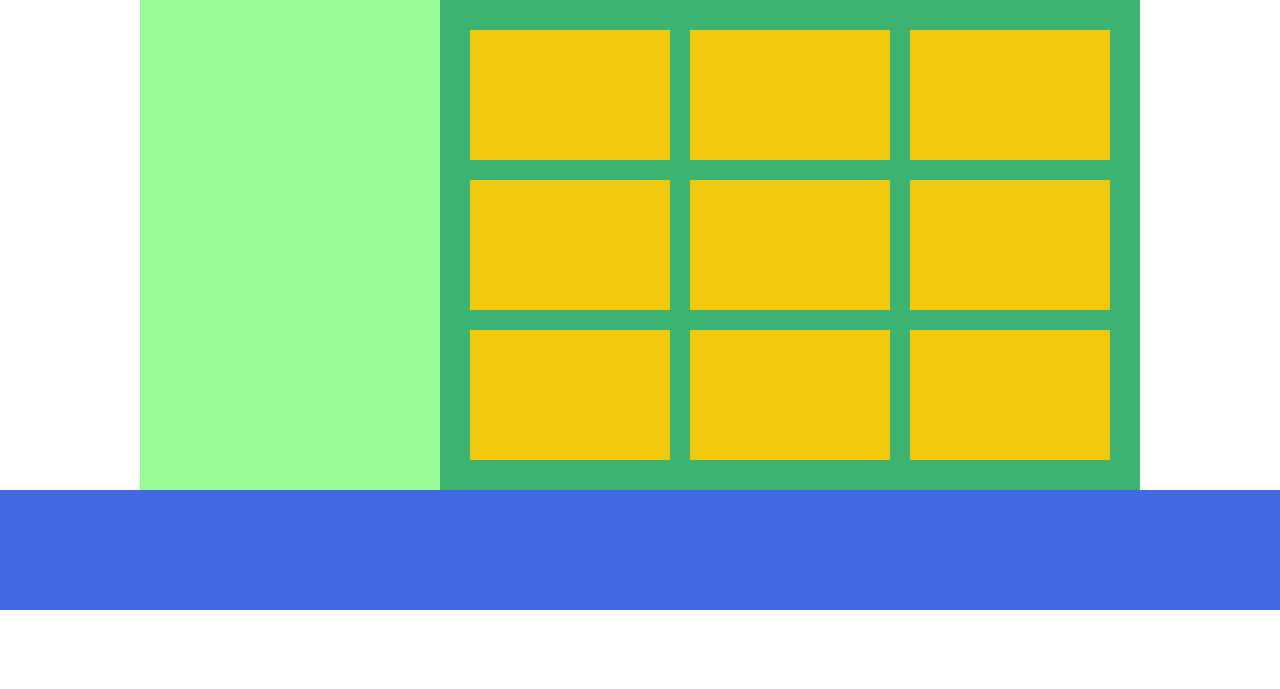
Repository: TsuKou/MainContents
Page: flex1/flex1.html
The author's editor kept a record of every edit. The page is drawn from the files as they stood at one moment, then again after the next edit.
The browser window is 1280 px wide. The pictures show the whole page.

Above is the page before.

### flex1/flex1.html
<!DOCTYPE>
<html lang="ja">

  <head>
    <meta charset="UTF-8" />
    <link rel="stylesheet" href="flex1.css" />
    <title>flex_ensyuu</title>
  </head>

  <body>

      <header>
        <div class="h-box">
          <div></div>
          <div></div>
          <div></div>
          <div></div>
          <div></div>
        </div>
      </header>

      <main>
        <div class="main">
          <div class="main-L"></div>
          <div class="main-R">
            <div></div>
            <div></div>
            <div></div>
            <div></div>
            <div></div>
            <div></div>
            <div></div>
            <div></div>
            <div></div>
          </div>
        </div>
      </main>

      <footer>
        <div class="f-box-g">
          <div class="f-box"></div>
          <div class="f-box"></div>
          <div class="f-box"></div>
        </div>
      </footer>
  </body>
</html>

### flex1/flex1.css
* {
  margin: 0;
  padding: 0;
  box-sizing: border-box;
}

.head-box {
  background-color: #ff1493;
  padding: 30px 20px;
  display: flex;
  justify-content: flex-end;
}

.head-box > div {
  background-color: #ffc0cb;
  flex-basis: 140px;
  height: 70px;
  margin: 0 10px;
}


.head-box > :first-child {
  margin-right: auto;
}


.main {
  display: flex;
  justify-content: center;
}

.main-L {
  width: 300px;
  background-color: #98fb98;
}

.main-R {
  background-color: #3cb371;
  max-width: 700px;
  padding: 20px;
  flex-grow: 1;
  display: flex;
  flex-wrap: wrap;
  justify-content: center;
}

.main-R > div {
  background-color: #f0c80c;
  flex-basis: 200px;
  height: 130px;
  margin: 10px;
}

.f-box {
  background-color: #4169e1;
  padding: 20px;
  display: flex;
  flex-wrap: wrap;
  justify-content: center;
}

.f-box > div {
  background-color: #afeeee;
  flex-basis: 45%;
  max-width: 600px;
  height: 40px;
  margin: 10px;
}

After the next edit:
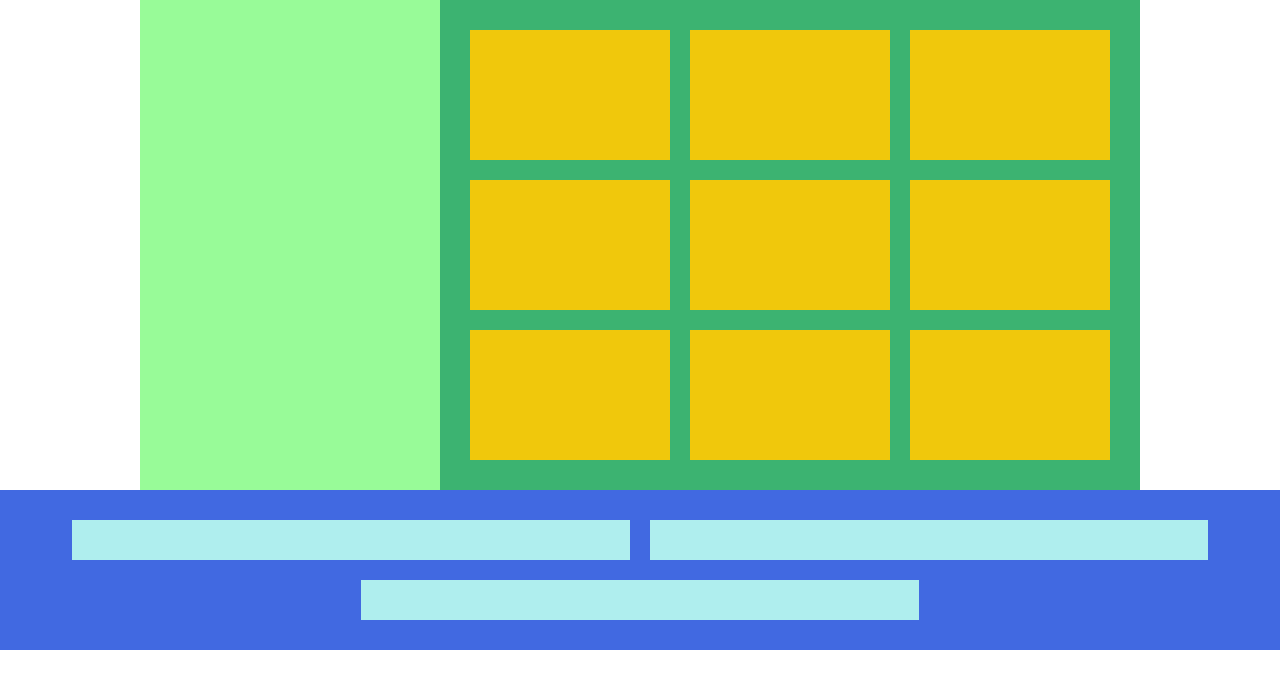
The edit:
--- a/flex1/flex1.html
+++ b/flex1/flex1.html
@@ -37,10 +37,10 @@
       </main>
 
       <footer>
-        <div class="f-box-g">
-          <div class="f-box"></div>
-          <div class="f-box"></div>
-          <div class="f-box"></div>
+        <div class="f-box">
+          <div></div>
+          <div></div>
+          <div></div>
         </div>
       </footer>
   </body>
